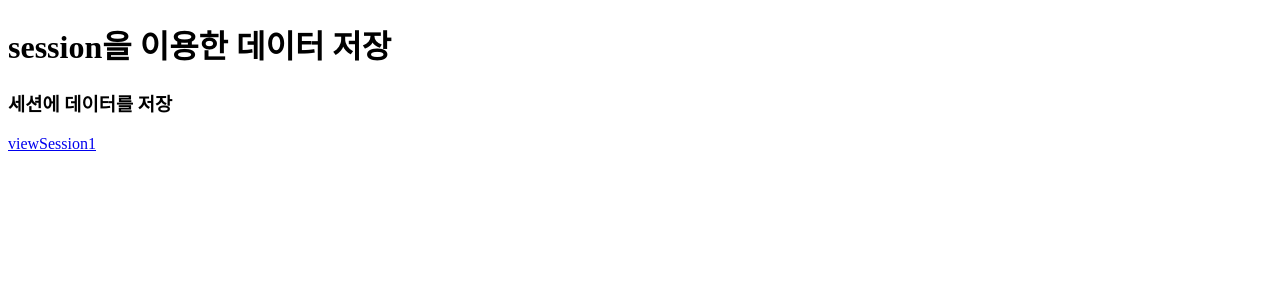
Repository: hhw9797/bitcampjn201904
Page: http://localhost/FirstWeb/session/makeSession.jsp
These files come from the project's save history. The page is drawn as it stood at one moment and after the next save; the edit follows.
The browser window is 1280 px wide. The pictures show the whole page.
The page is served by Tomcat 9. Other server files are loaded and not shown.

Above is the page before, as saved 2019-06-21 06:05:57.

### html/html5/jsp/FirstWeb/WebContent/session/makeSession.jsp
<%@ page language="java" contentType="text/html; charset=UTF-8"
    pageEncoding="UTF-8"%>
<!DOCTYPE html>
<html>
<head>
<meta charset="UTF-8">
<title>Insert title here</title>
<script src="https://code.jquery.com/jquery-1.12.4.js"></script>
<style>

</style>
</head>
<body>

	<h1>session을 이용한 데이터 저장</h1>

	<%
		session.setAttribute("name", "KING");
		session.setAttribute("Id", "tiger");
		session.setAttribute("isLogin", true);
		session.setAttribute("age", 20);
	%>

	<h3>세션에 데이터를 저장</h3>

	<a href="viewSession.jsp">viewSession1</a>


</body>
</html>

After the next save:
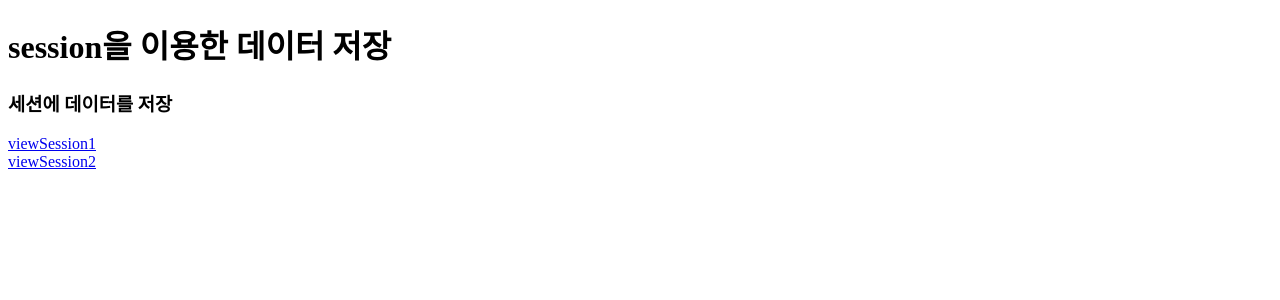
Saved 67 s later.
--- a/html/html5/jsp/FirstWeb/WebContent/session/makeSession.jsp
+++ b/html/html5/jsp/FirstWeb/WebContent/session/makeSession.jsp
@@ -23,7 +23,9 @@
 
 	<h3>세션에 데이터를 저장</h3>
 
-	<a href="viewSession.jsp">viewSession1</a>
+	<a href="viewSession.jsp">viewSession1</a> <br>
+
+	<a href="../response/viewSession.jsp">viewSession2</a>
 
 
 </body>
